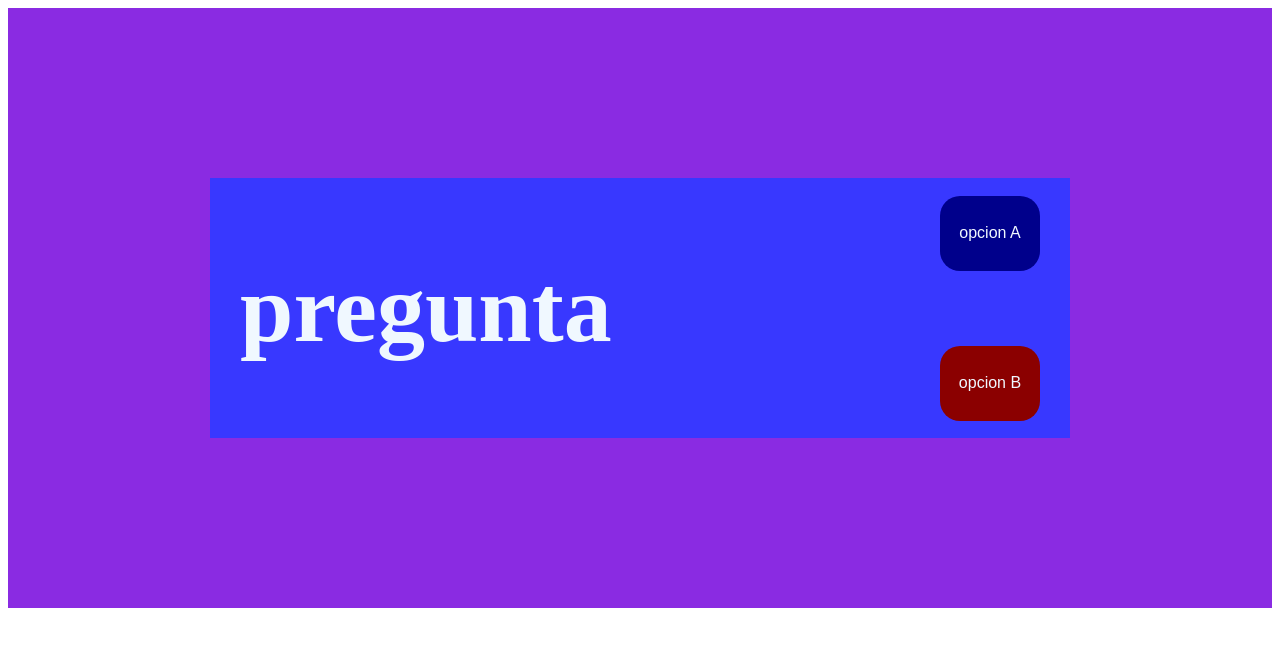
Repository: eschala/Proyecto_Clonaci-n_Kahoot_2023-2
Page: Borrador_Samir_Kahoot_NEW/Prueaba_Validar.html
These files come from the project's save history. The page is drawn as it stood at one moment and after a run of saves; the edit follows.
The browser window is 1280 px wide. The pictures show the whole page.

Above is the page before, as saved 2023-11-29 13:11:25.

### Borrador_Samir_Kahoot_NEW/Prueaba_Validar.html
<!DOCTYPE html>
<html lang="en">

<head>
    <meta charset="UTF-8">
    <meta name="viewport" content="width=device-width, initial-scale=1.0">
    <title>Document</title>
    <style>

    </style>
    <link rel="stylesheet" href="stylePrueba.css">

</head>

<body>
    <div class="container">

        <div class="sectionContainer">

            <h1 class="tituloClass">
                pregunta
            </h1>

            <div class="section_Buttons">
                <div class="btn_content"><button type="button" class="btn_1 botones">opcion A</button></div>
                <div class="btn_content"><button type="button" class="btn_2 botones">opcion B</button></div>

            </div>

        </div>

    </div>

    <script src="respuesta_VALIDAR.js"></script>
</body>

</html>

### Borrador_Samir_Kahoot_NEW/stylePrueba.css
.container {

    width: 100%;
    height: 600px;
    background-color: blueviolet;

    display: flex;
    flex-direction: column;

    align-items: center;
    justify-content: center;

}

.sectionContainer {

    height: 200px;
    width: 800px;

    background-color: rgb(56, 56, 255);

    display: flex;
    justify-content: space-between;
    align-items: center;
    color: aliceblue;

    font-size: 3rem;
    padding: 30px;
}

.sub_Container_2 {

    height: 200px;
    width: 800px;

    background-color: red;

    display: flex;

}

.btn_content {
    height: 150px;
    width: 100px;
    display: flex;

    align-items: center;
    justify-content: center;

    cursor: pointer;
}

.btn_1 {
    width: 100%;
    height: 50%;

    background-color:darkblue;
}

.btn_2 {
    width: 100%;
    height: 50%;

    background-color:darkred;
}

.botones:hover{

    opacity: 50%;
    cursor: pointer;
}

.botones{


    color:aliceblue;
    font-size: 1rem;
    cursor: pointer;

    border-radius: 20px;
    border: 0px;
}

### Borrador_Samir_Kahoot_NEW/respuesta_VALIDAR.js
const container_E=document.querySelector(".container");
const sectionContainer_E=document.querySelector(".sectionContainer");
const sub_Container_2_E=document.querySelector(".sub_Container_2");
const btn_1_E=document.querySelector(".btn_1");
const btn_2_E=document.querySelector(".btn_2");

After the next 7 saves:
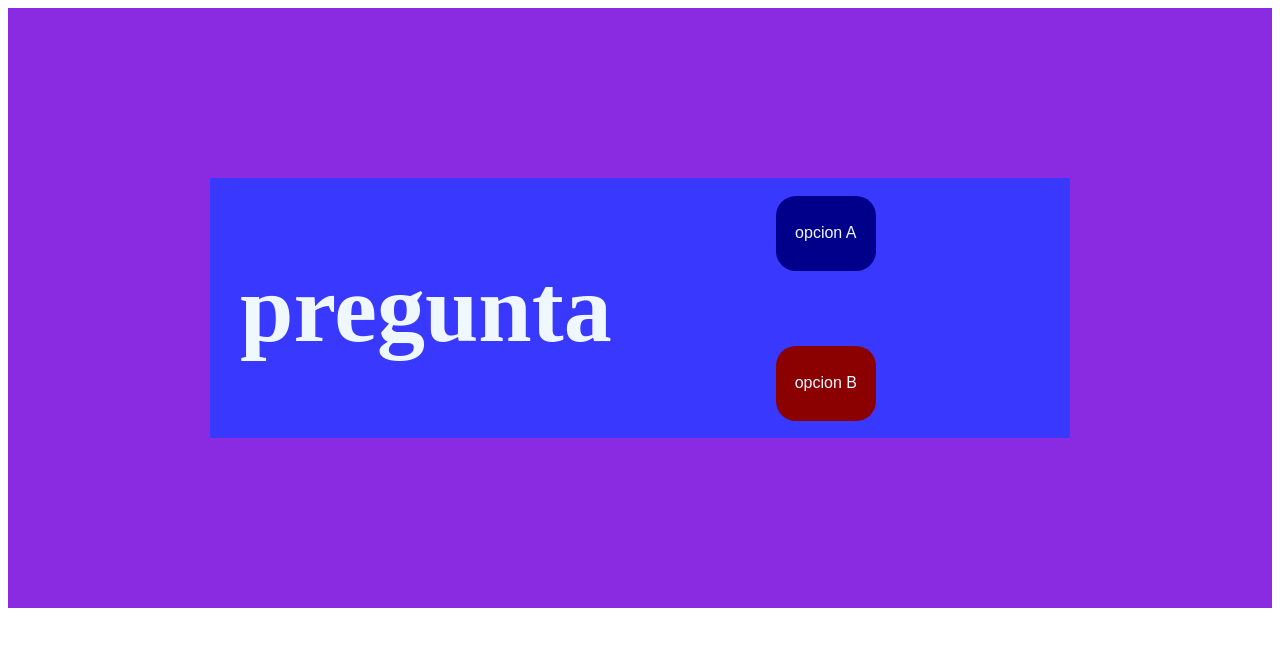
The 7 saves are shown as one change because they came seconds apart.
The last was saved 15 s later.
--- a/Borrador_Samir_Kahoot_NEW/Prueaba_Validar.html
+++ b/Borrador_Samir_Kahoot_NEW/Prueaba_Validar.html
@@ -26,6 +26,9 @@
                 <div class="btn_content"><button type="button" class="btn_2 botones">opcion B</button></div>
 
             </div>
+            <h2 class="aviso">
+
+            </h2>
 
         </div>
 
